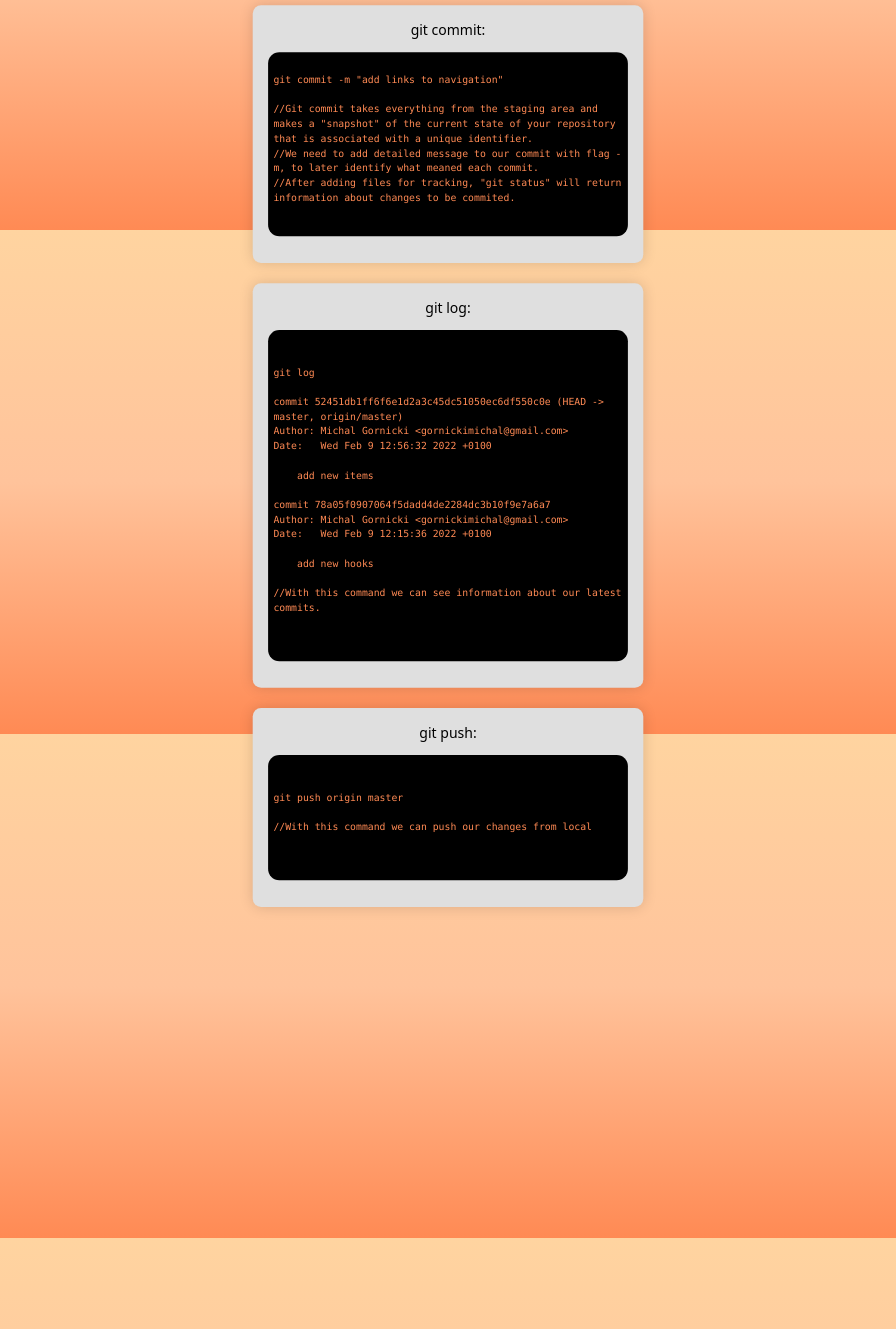
Repository: michalgornicki/git
Page: /
The author's editor kept a copy of each file at every save. The page is drawn from the files as they stood at one save, then again after the next save.
The browser window is 1280 px wide. The pictures show the part of the page from y = 1832 to 3752 px (the page is 3731 px tall before and 3752 px after), at 70% of full size.
Backgrounds fixed to the window are drawn as part of the page. The project was rebuilt for these pictures with package versions that can differ from the ones it lists, and the page was loaded fresh each time. Imported but missing from the stored project, and not drawn on this page: src/components/DOM manipulation.jsx, src/components/async.jsx, src/components/loops.jsx, src/components/numbers.jsx, src/components/variables.jsx, src/components/window.jsx.

Above is the page before, as saved 2022-02-10 08:40:13.

After the next save:
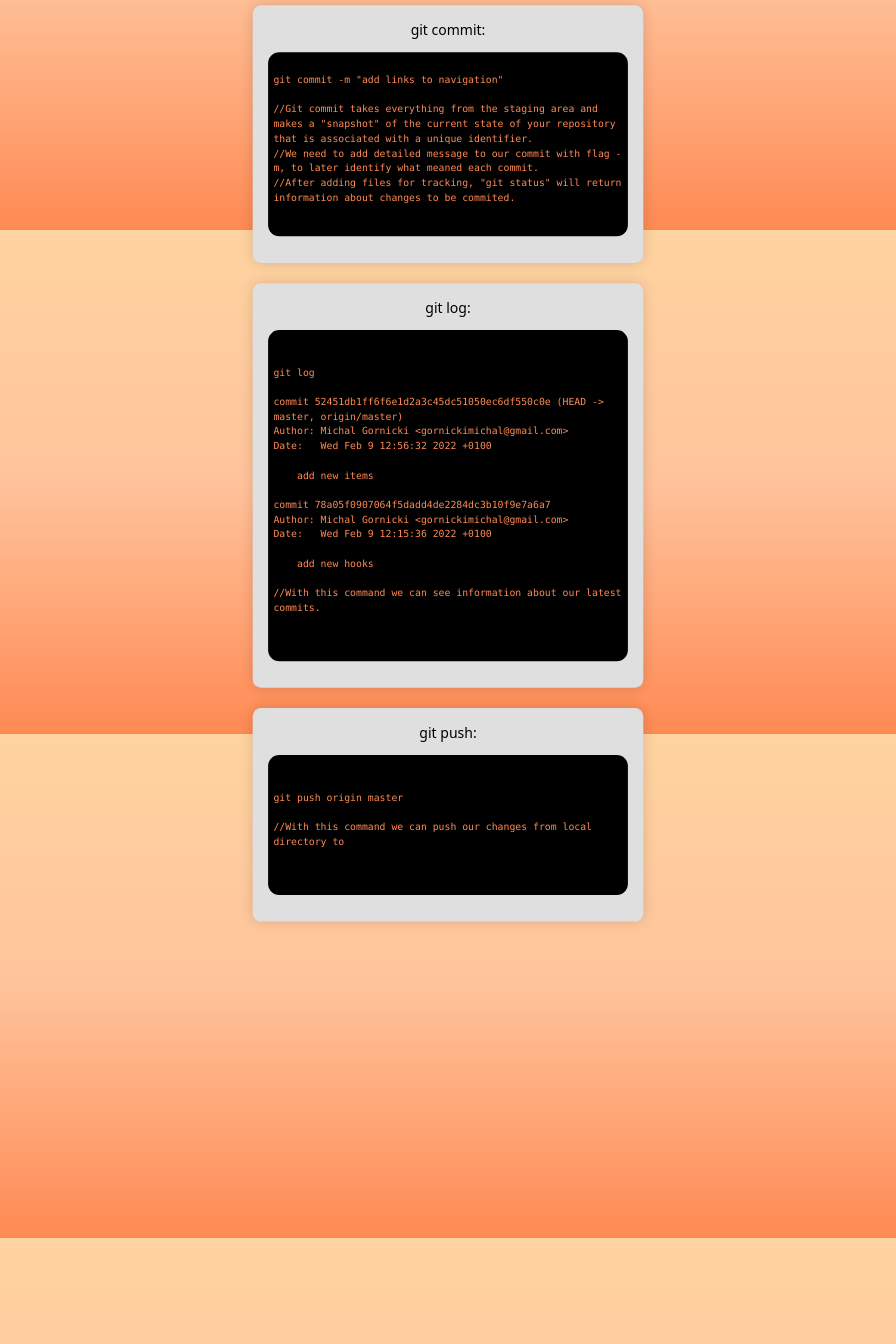
Saved 8 s later.
--- a/src/components/arrays.jsx
+++ b/src/components/arrays.jsx
@@ -112,7 +112,7 @@ Date:   Wed Feb 9 12:15:36 2022 +0100
 
 git push origin master
 
-//With this command we can push our changes from local
+//With this command we can push our changes from local directory to
 
           `}</pre>
           </div>
